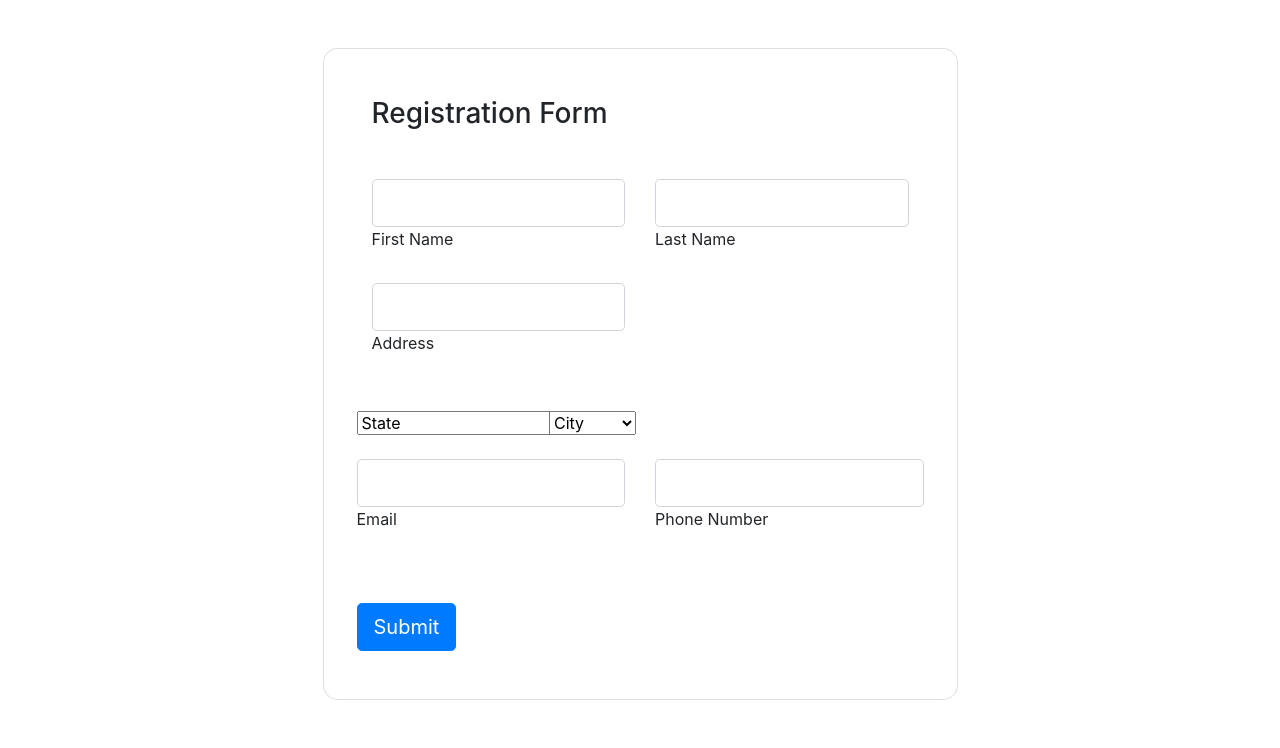
Repository: KeithKeithZ/libapp
Page: http://localhost/userRegister
An editor plug-in stored every save of this project. The page is shown before and after the next save, followed by the edit.
The browser window is 1280 px wide. The pictures show the whole page.
The page is served by the project's Laravel application, run on PHP 8.4 with Laravel 8.

Above is the page before, as saved 2021-12-03 12:52:31.

After the next save:
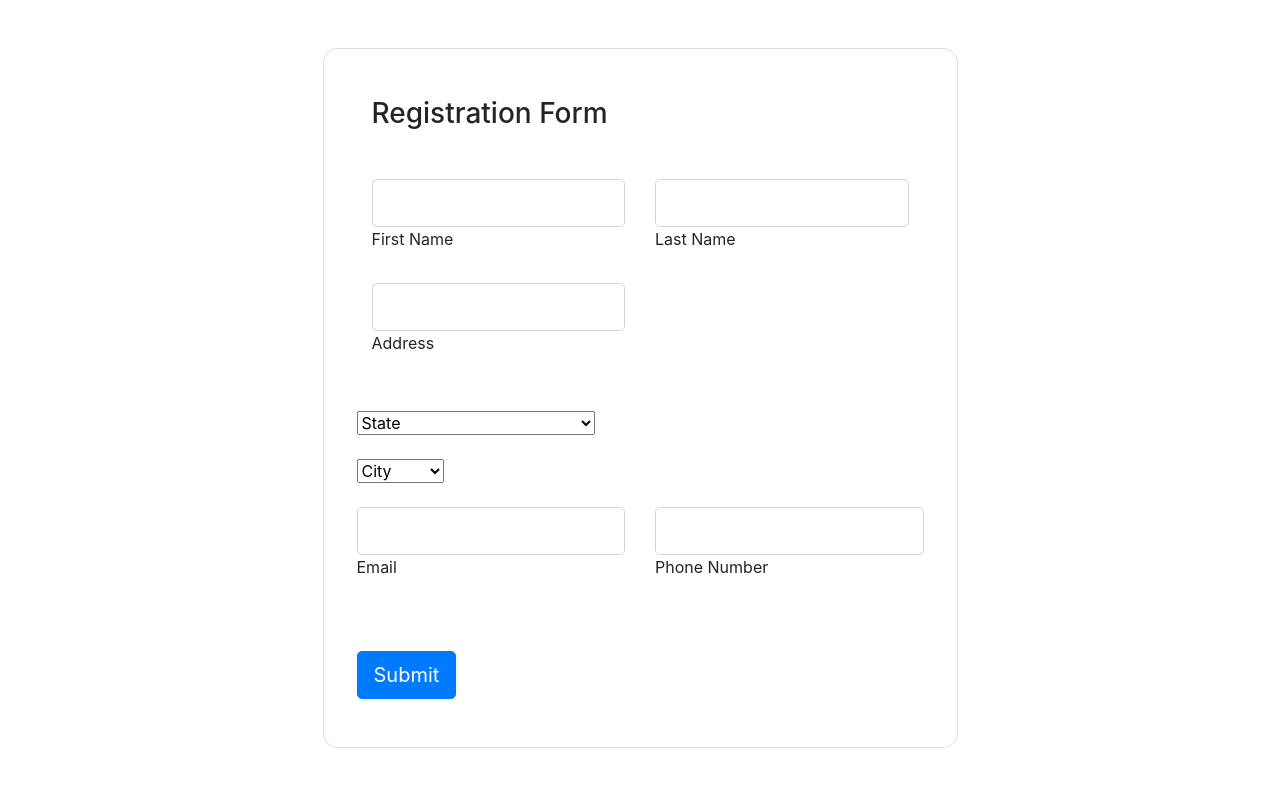
Saved 26 s later.
--- a/resources/views/userRegister.blade.php
+++ b/resources/views/userRegister.blade.php
@@ -49,7 +49,7 @@
                         </div>
 
                         <div class="row">
-                            <div class="col-md-6 mb-4">
+                            <div class="col-md-10 mb-4">
                                 <select>
                                     <option value="1">State</option>
                                     <option value="2">Alberta</option>
